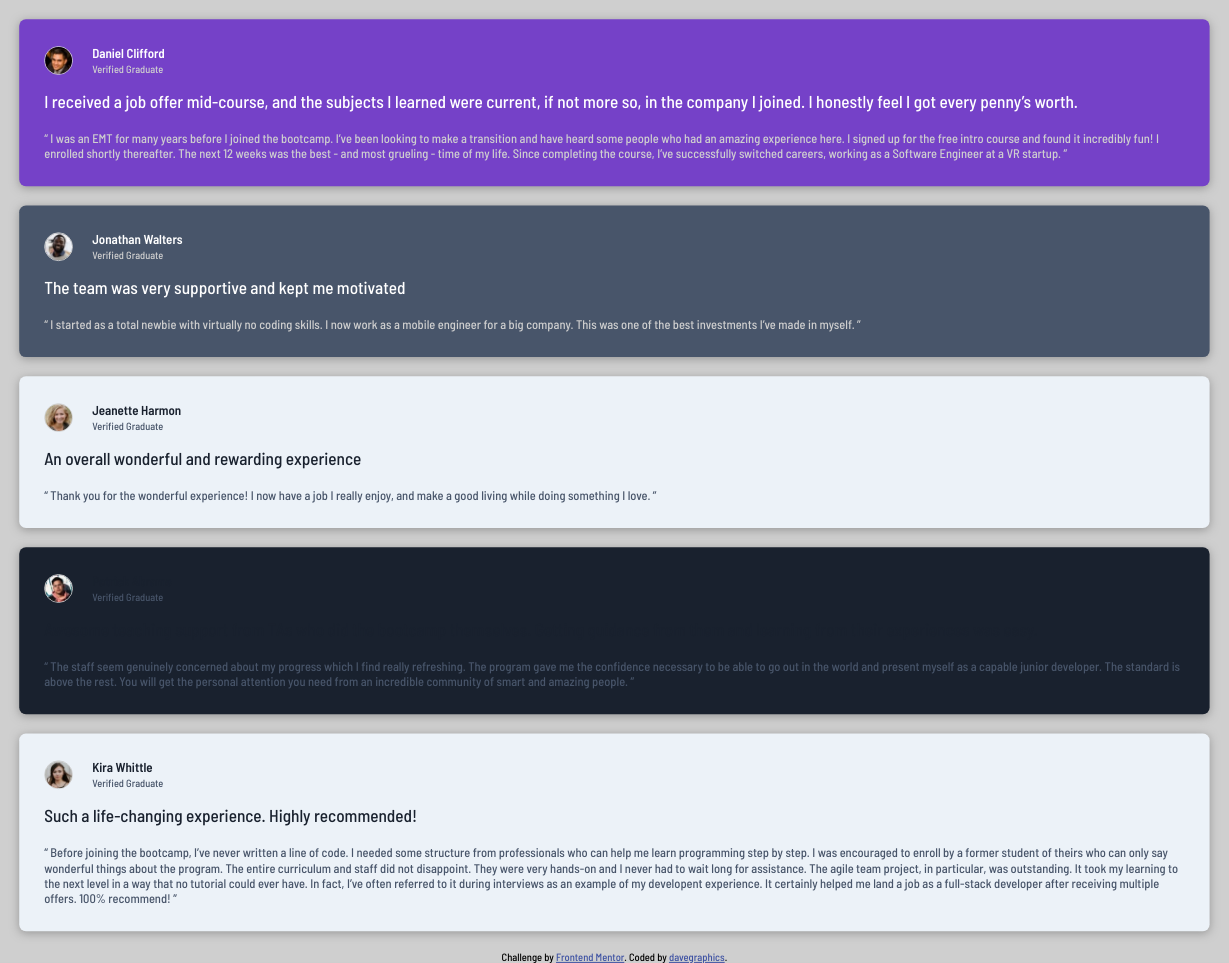
Repository: DejV44/testimonials_grid_section_main
Page: index.html
The author's editor kept a copy of each file at every save. The page is drawn from the files as they stood at one save, then again after the next save.
The browser window is 1280 px wide. The pictures show the whole page, at 96% of full size.
The style sheet was rebuilt from its Sass, Less or Tailwind sources for each picture, by a compiler version that may differ from the author's.

Above is the page before, as saved 2021-07-15 19:13:03.

### index.html
<!DOCTYPE html>
<html lang="en">

<head>
  <meta charset="UTF-8">
  <meta name="viewport" content="width=device-width, initial-scale=1.0">
  <link rel="stylesheet" href="css/style.css">
  <link rel="icon" type="image/png" sizes="32x32" href="./images/favicon-32x32.png">
  <title>Frontend Mentor | Testimonials grid section</title>
</head>

<body>
  <div class="container">
    <div class="cards violet">
      <div class="image">
        <img src="./images/image-daniel.jpg" alt="image-daniel">
        <div>
          <h4>Daniel Clifford</h4>
          <small>Verified Graduate</small>
        </div>
      </div>
      <p>I received a job offer mid-course, and the subjects I learned were current, if not more so,
        in the company I joined. I honestly feel I got every penny’s worth.</p>
      <blockquote>“ I was an EMT for many years before I joined the bootcamp. I’ve been looking to make a
        transition and have heard some people who had an amazing experience here. I signed up
        for the free intro course and found it incredibly fun! I enrolled shortly thereafter.
        The next 12 weeks was the best - and most grueling - time of my life. Since completing
        the course, I’ve successfully switched careers, working as a Software Engineer at a VR startup. ”</blockquote>
    </div>
    <div class="cards darkgray">
      <div class="image">
        <img src="./images/image-jonathan.jpg" alt="image-jonathan">
        <div>
          <h4>Jonathan Walters</h4>
          <small>Verified Graduate</small>
        </div>
      </div>
      <p>The team was very supportive and kept me motivated</p>
      <blockquote>“ I started as a total newbie with virtually no coding skills. I now work as a mobile engineer
        for a big company. This was one of the best investments I’ve made in myself. ”</blockquote>
    </div>
    <div class="cards lgblue">
      <div class="image">
        <img src="./images/image-jeanette.jpg" alt="image-jeanette">
        <div>
          <h4>Jeanette Harmon</h4>
          <small>Verified Graduate</small>
        </div>
      </div>
      <p>An overall wonderful and rewarding experience</p>
      <blockquote>“ Thank you for the wonderful experience! I now have a job I really enjoy, and make a good living
        while doing something I love. ”</blockquote>
    </div>
    <div class="cards dbblue">
      <div class="image">
        <img src="./images/image-patrick.jpg" alt="image-patrick">
        <div>
          <h4>Patrick Abrams</h4>
          <small>Verified Graduate</small>
        </div>
      </div>
      <p>Awesome teaching support from TAs who did the bootcamp themselves. Getting guidance from them and
        learning from their experiences was easy.</p>
      <blockquote>“ The staff seem genuinely concerned about my progress which I find really refreshing. The program
        gave me the confidence necessary to be able to go out in the world and present myself as a capable
        junior developer. The standard is above the rest. You will get the personal attention you need from
        an incredible community of smart and amazing people. ”</blockquote>
    </div>
    <div class="cards lgblue">
      <div class="image">
        <img src="./images/image-kira.jpg" alt="image-kira">
        <div>
          <h4>Kira Whittle</h4>
          <small>Verified Graduate</small>
        </div>
      </div>
      <p>Such a life-changing experience. Highly recommended!</p>
      <blockquote>“ Before joining the bootcamp, I’ve never written a line of code. I needed some structure from
        professionals who can help me learn programming step by step. I was encouraged to enroll by a former
        student of theirs who can only say wonderful things about the program. The entire curriculum and staff
        did not disappoint. They were very hands-on and I never had to wait long for assistance. The agile team
        project, in particular, was outstanding. It took my learning to the next level in a way that no tutorial
        could ever have. In fact, I’ve often referred to it during interviews as an example of my developent
        experience. It certainly helped me land a job as a full-stack developer after receiving multiple offers.
        100% recommend! ”</blockquote>
    </div>
  </div>
  <div class="attribution">
    Challenge by <a href="https://www.frontendmentor.io?ref=challenge" target="_blank">Frontend Mentor</a>.
    Coded by <a href="#">davegraphics</a>.
  </div>
</body>

</html>

### css/style.scss
@import url('https://fonts.googleapis.com/css2?family=Barlow+Semi+Condensed:wght@500;600&display=swap');

$ModerateViolet: hsl(263, 55%, 52%);
$VeryDarkGrayishBlue: hsl(217, 19%, 35%);
$VeryDarkBlackishBlue: hsl(219, 29%, 14%);
$White: hsl(0, 0%, 100%);
$LightGray: hsl(0, 0%, 81%);
$LightGrayishBlue: hsl(210, 46%, 95%);

* {
    margin: 0;
    padding: 0;
    box-sizing: border-box;
}

body {
    font-size: 13px;
    font-family: 'Barlow Semi Condensed', sans-serif;
    background-color: $LightGray;


    .container {
        display: grid;
        grid-template-columns: 1fr;
        margin: 20px;
        gap: 20px;
        .cards {

            padding: 2em;
            border-radius: 7px;
            box-shadow: rgba(128, 128, 128, 0.712) 0px 2px 10px;

            &.violet {
                background-color: $ModerateViolet;
            }

            &.darkgray {
                background-color: $VeryDarkGrayishBlue;
            }

            &.lgblue {
                background-color: $LightGrayishBlue;
                p {
                    color: $VeryDarkBlackishBlue;
                }
                blockquote {
                    color: $VeryDarkGrayishBlue;
                }
                .image {
                    h4 {
                        color: $VeryDarkBlackishBlue;
                    }
                    small {
                        color: $VeryDarkGrayishBlue;
                    }
                }
            }
            &.dbblue {
                background-color: $VeryDarkBlackishBlue;
                p {
                    color: $VeryDarkBlackishBlue;
                }
                blockquote {
                    color: $VeryDarkGrayishBlue;
                }
                .image {
                    h4 {
                        color: $VeryDarkBlackishBlue;
                    }
                    small {
                            color: $VeryDarkGrayishBlue;
                    }
                }
            }


            .image {
                display: flex;
                margin-bottom: 15px;
                align-items: center;

                img {
                    border-radius: 50%;
                    width: 30px;
                    height: 30px;
                    margin-right: 20px;
                    border: 1px solid $LightGray;
                }

                h4 {
                    color: $White;
                    font-size: 13.5px;

                }

                small {
                    color: $LightGray;
                }
            }

            blockquote {
                color: $LightGray;
                padding-top: 20px;
            }
            p {
                color: $White;
                font-size: 18px;
            }
        }

    }


.attribution { font-size: 11px; text-align: center; }
.attribution a { color: hsl(228, 45%, 44%); }

}

After the next save:
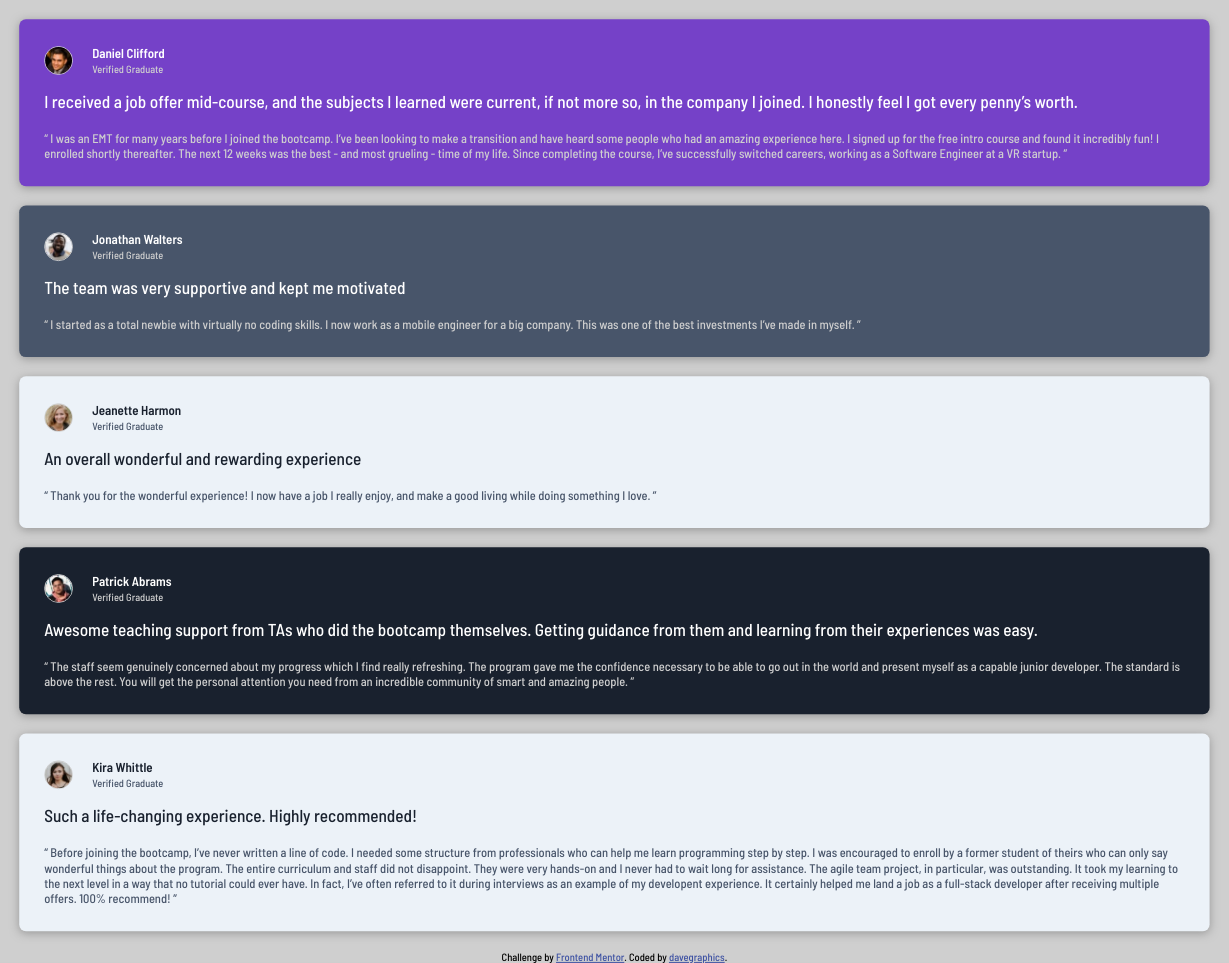
Saved 30 s later.
--- a/css/style.scss
+++ b/css/style.scss
@@ -57,20 +57,6 @@ body {
             }
             &.dbblue {
                 background-color: $VeryDarkBlackishBlue;
-                p {
-                    color: $VeryDarkBlackishBlue;
-                }
-                blockquote {
-                    color: $VeryDarkGrayishBlue;
-                }
-                .image {
-                    h4 {
-                        color: $VeryDarkBlackishBlue;
-                    }
-                    small {
-                            color: $VeryDarkGrayishBlue;
-                    }
-                }
             }
 
 
